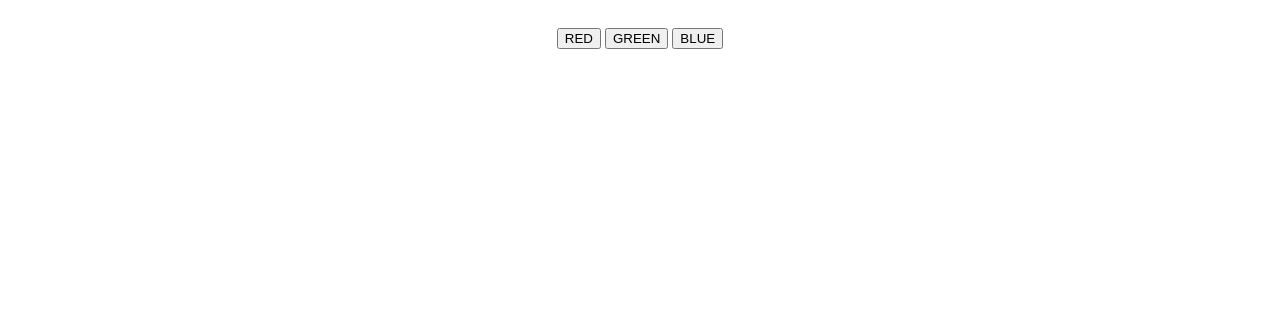
Repository: shinsil0601/webstudy
Page: 03_JavaScript/src/main/webapp/day02/ex15_event.html
The author's editor kept a copy of each file at every save. The page is drawn from the files as they stood at one save, then again after the next save.
The browser window is 1280 px wide. The pictures show the whole page.
After loading, the first visible `button[onclick="setGreen()"]` was clicked once.

Above is the page before, as saved 2023-06-28 07:02:34.

After the next save:
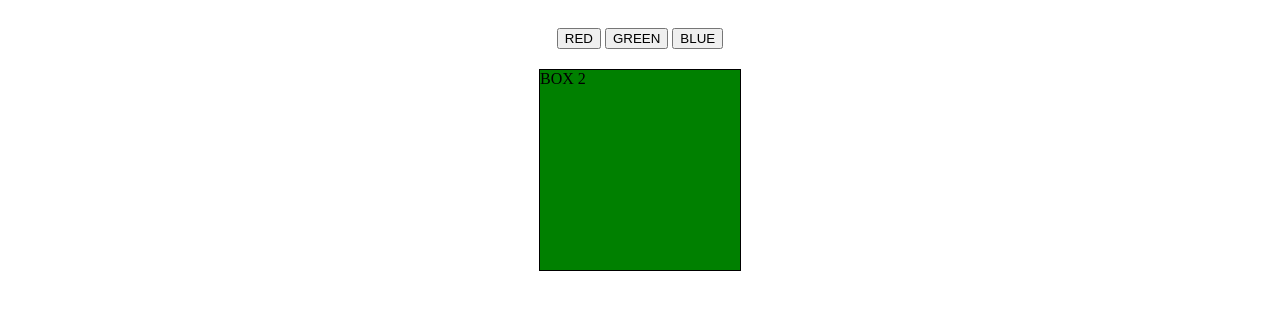
Saved 20 s later.
--- a/03_JavaScript/src/main/webapp/day02/ex15_event.html
+++ b/03_JavaScript/src/main/webapp/day02/ex15_event.html
@@ -17,10 +17,10 @@
 		document.getElementById("box1").style.display = "flex";
 	}
 	function setGreen() {
-
+		document.getElementById("box2").style.display = "flex";
 	}
 	function setBlue() {
-
+		document.getElementById("box3").style.display = "flex";
 	}
 </script>
 </head>
